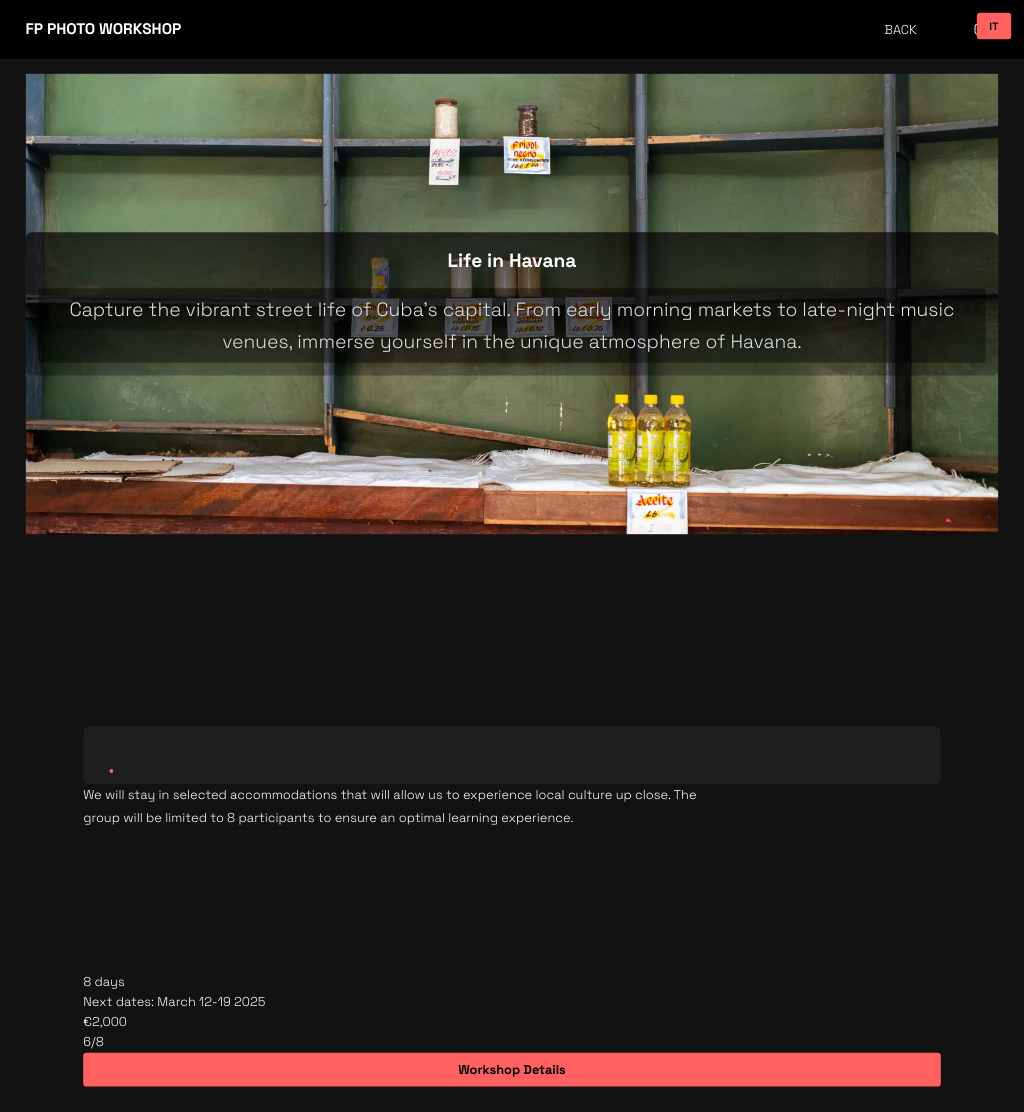
Repository: philipkdpavkia/photo-auto
Page: workshop/cuba.html
The author's editor kept a copy of each file at every save. The page is drawn from the files as they stood at one save, then again after the next save.
The browser window is 1280 px wide. The pictures show the whole page, at 80% of full size.

Above is the page before, as saved 2024-11-22 00:52:30.

### workshop/cuba.html
<!DOCTYPE html>
<html lang="en">
<head>
    <meta charset="UTF-8">
    <title>Cuba Photography Workshop 2024-2025 | Francesco Pavia</title>
    <meta name="description" content="Photography workshop in Cuba with Francesco Pavia. Explore Havana and Trinidad through photography. 2024-2025 dates, small groups, all levels welcome.">
    <link rel="canonical" href="https://francescopavia.org/workshop/cuba" />
    <link rel="stylesheet" href="https://cdnjs.cloudflare.com/ajax/libs/font-awesome/6.0.0/css/all.min.css">
    <link rel="stylesheet" href="/css/style.css">

    <script type="application/ld+json">
    {
      "@context": "https://schema.org",
      "@type": "Event",
      "name": "Cuba Photography Workshop - Havana City Life",
      "description": "Photography workshop in Cuba with Francesco Pavia",
      "startDate": "2025-03-12",
      "endDate": "2025-03-19",
      "organizer": {
        "@type": "Person",
        "name": "Francesco Pavia"
      },
      "eventStatus": "https://schema.org/ScheduledEvent",
      "eventAttendanceMode": "https://schema.org/OfflineEventAttendanceMode",
      "location": {
        "@type": "Place",
        "name": "Havana, Cuba"
      },
      "offers": {
        "@type": "Offer",
        "price": "2000",
        "priceCurrency": "EUR"
      }
    }
    </script>
</head>
<body>
    <header class="header">
        <nav class="nav">
            <a class="logo" href="/workshop/index.html">FP PHOTO WORKSHOP</a>
            <button id="langSwitch" class="lang-switch" onclick="switchLanguage()">IT</button>
            <div class="nav-links">
                <a href="../index.html" data-translate="workshops_page.back">Back</a>
                <a href="https://instagram.com/fpphotoworkshop" target="_blank" class="instagram-link">
                    <i class="fab fa-instagram"></i>
                </a>
            </div>
        </nav>
    </header>

    <main>
        <section class="hero">
            <div class="workshop-link">
                <img alt="Havana Life" src="../images/cuba/cub.webp" class="workshop-hero"/>
                <div class="workshop-text">
                    <h1 data-translate="workshops_page.cards.cuba.title"></h1>
                    <p data-translate="workshops_page.cards.cuba.description"></p>
                </div>
            </div>
        </section>

        <section class="about">
            <div class="workshop-content">
                <h2 class="section-title" data-translate="workshops_page.learn_title"></h2>

                <div class="philosophy">
                    <ul>
                        <li data-translate="workshops_page.techniques.1"></li>
                        <li data-translate="workshops_page.techniques.2"></li>
                        <li data-translate="workshops_page.techniques.3"></li>
                        <li data-translate="workshops_page.techniques.4"></li>
                    </ul>
                </div>

                <p data-translate="workshops_page.accommodation"></p>
            </div>
        </section>

        <section class="contact">
            <div class="workshop-sidebar">
                <div class="info-block">
                    <div class="info-label" data-translate="workshops_page.details.duration_label"></div>
                    <div class="info-value" data-translate="workshops_page.cards.cuba.duration"></div>
                </div>
                <div class="info-block">
                    <div class="info-label" data-translate="workshops_page.details.dates_label"></div>
                    <div class="info-value" data-translate="workshops_page.cards.cuba.dates"></div>
                </div>
                <div class="info-block">
                    <div class="info-label" data-translate="workshops_page.details.level_label"></div>
                    <div class="info-value" data-translate="workshops_page.details.level_value"></div>
                </div>
                <div class="info-block">
                    <div class="info-label" data-translate="workshops_page.details.price_label"></div>
                    <div class="info-value">€2,000</div>
                </div>
                <div class="info-block">
                    <div class="info-label" data-translate="workshops_page.details.spots_label"></div>
                    <div class="info-value">6/8</div>
                </div>
                <a href="iscrizione.html?workshop=cuba" class="workshop-button" data-translate="workshops_page.cards.cuba.button"></a>
            </div>
        </section>
    </main>

    <script src="/translations.json" type="application/json"></script>
    <script src="/language.js"></script>
</body>
</html>

### css/style.css
@font-face {
    font-family: 'Space Grotesk';
    src: url('/fonts/SpaceGrotesk-Light.woff2') format('woff2');
    font-weight: 300;
    font-display: swap;
}

@font-face {
    font-family: 'Space Grotesk';
    src: url('/fonts/SpaceGrotesk-Bold.woff2') format('woff2');
    font-weight: 700;
    font-display: swap;
}

:root {
    --primary: #FFFFFF;
    --background: #121212;
    --accent: #FF6161;
    --secondary: #E0E0E0;
    --highlight: #FFD700;
    --transition: all 0.4s ease;
    --overlay-bg: rgba(0, 0, 0, 0.4);
    --hover-bg: rgba(0, 0, 0, 0.6);
}

/* Reset CSS */
* {
    margin: 0;
    padding: 0;
    box-sizing: border-box;
}

/* Imposta dimensioni dei font in unità relative */
html {
    font-size: 16px; /* 1rem = 16px */
    scroll-behavior: smooth;
}

body {
    background: var(--background);
    color: var(--primary);
    font-family: 'Space Grotesk', sans-serif;
    line-height: 1.6;
    overflow-x: hidden;
    font-size: 1rem; /* 1rem = 16px */
}

/* Header e navigazione */
.header {
    position: fixed;
    top: 0;
    left: 0;
    right: 0;
    padding: 1rem 2rem;
    background: rgba(0, 0, 0, 0.95);
    backdrop-filter: blur(10px);
    -webkit-backdrop-filter: blur(10px);
    z-index: 1000;
    border-bottom: 1px solid rgba(255, 255, 255, 0.1);
}

.nav {
    display: flex;
    justify-content: space-between;
    align-items: center;
    max-width: 1400px;
    margin: 0 auto;
}
.menu-item {
    cursor: pointer;
    text-decoration: none;
    color: var(--primary);
    transition: var(--transition);
}

.menu-item:hover {
    color: var(--accent);
}

.logo {
    font-weight: 700;
    font-size: 1.2rem;
    color: var(--primary);
    text-decoration: none;
    transition: var(--transition);
}

.logo:hover {
    color: var(--accent);
}

.nav-links {
    display: flex;
    gap: 2.5rem;
}

.nav-links a {
    color: var(--primary);
    text-decoration: none;
    font-size: 1rem;
    text-transform: uppercase;
    transition: var(--transition);
    padding: 0.5rem 1rem;
    border-radius: 4px;
}

.nav-links a:hover {
    color: var(--accent);
    background: rgba(255, 51, 102, 0.1);
    transform: scale(1.05);
    transition: transform 0.3s ease-in-out;
}
/* Hamburger Menu */
.hamburger {
    display: none;
    cursor: pointer;
    padding: 0.5rem;
    background: none;
    border: none;
    z-index: 1002;
}

.hamburger span {
    display: block;
    width: 25px;
    height: 2px;
    background-color: var(--primary);
    margin: 5px 0;
    transition: var(--transition);
}

/* Modifica la media query mobile esistente */
@media screen and (max-width: 720px) {
    .hamburger {
        display: block;
    }

    .nav-links {
        position: fixed;
        top: 0;
        right: -100%;
        height: 100vh;
        width: 100%;
        background: rgba(0, 0, 0, 0.95);
        backdrop-filter: blur(10px);
        -webkit-backdrop-filter: blur(10px);
        flex-direction: column;
        justify-content: center;
        align-items: center;
        gap: 2rem;
        transition: var(--transition);
        z-index: 1001;
    }

    .nav-links.active {
        right: 0;
    }

    .hamburger.active span:nth-child(1) {
        transform: rotate(45deg) translate(5px, 5px);
    }

    .hamburger.active span:nth-child(2) {
        opacity: 0;
    }

    .hamburger.active span:nth-child(3) {
        transform: rotate(-45deg) translate(7px, -6px);
    }

    body.menu-open {
        overflow: hidden;
    }
}

.instagram-link {
    color: var(--primary);
    font-size: 1.5rem;
    transition: var(--transition);
}

.instagram-link:hover {
    color: var(--accent);
    transform: scale(1.1);
}

/* Language Switcher */
.lang-switch {
    position: fixed;
    top: 1rem;
    right: 1rem;
    background: var(--accent);
    color: var(--primary);
    border: none;
    padding: 0.5rem 1rem;
    border-radius: 4px;
    cursor: pointer;
    font-family: 'Space Grotesk', sans-serif;
    font-weight: 700;
    z-index: 1001;
    transition: var(--transition);
    color:#000000;
}

.lang-switch:hover {
    transform: translateY(-2px);
    box-shadow: 0 2px 8px rgba(255, 51, 102, 0.4);
    background: #ff1f57;
}

/* Hero Section */
.hero {
    margin-top: 60px;
    display: flex;
    flex-direction: column;
    gap: 2rem;
    padding: 2rem;
}

.workshop-link {
    display: block;
    position: relative;
    width: 100%;
    height: 80vh;
    overflow: hidden;
    transition: var(--transition);
}

.workshop-link:hover img {
    transform: scale(1.05);
}

.workshop-link img {
    width: 100%;
    height: 100%;
    object-fit: cover;
    transition: transform 0.6s ease-in-out;
}

.workshop-text {
    position: absolute;
    top: 50%;
    left: 50%;
    transform: translate(-50%, -50%);
    text-align: center;
    z-index: 2;
    width: 100%;
    padding: 1rem;
    display: flex;
    flex-direction: column;
    gap: 1rem;
    align-items: center;
    background: linear-gradient(180deg, rgba(0, 0, 0, 0.7), rgba(0, 0, 0, 0.3));
    border-radius: 8px;
}

.workshop-text h2 {
    font-size: 4rem;
    color: var(--primary);
    font-weight: 700;
    background: var(--overlay-bg);
    text-shadow: 2px 2px 4px rgba(0, 0, 0, 0.5);
    padding: 0.5rem;
    border-radius: 4px;
    width: fit-content;
    transition: var(--transition);
}

.workshop-link:hover .workshop-text h2 {
    background: var(--hover-bg);
    transform: translateY(-5px);
}

.workshop-text p {
    font-size: 1.5rem;
    color: var(--secondary);
    text-shadow: 1px 1px 3px rgba(0, 0, 0, 0.5);
    background: var(--overlay-bg);
    padding: 0.5rem;
    border-radius: 4px;
    width: fit-content;
    transition: var(--transition);
}

.workshop-link:hover .workshop-text p {
    background: var(--hover-bg);
    transform: translateY(5px);
}

/* Section Titles */
.section-separator {
    padding-top: 8rem; /* Spazio per l'ancoraggio sotto l'header fisso */
    margin-top: 2rem;
}

.separator {
    display: flex;
    align-items: center;
    justify-content: center;
    gap: 2rem;
    margin-bottom: 4rem;
}

.separator .line {
    height: 1px;
    width: 100px;
    background: var(--accent);
    opacity: 0.5;
}

.separator .section-title {
    margin: 0;
    padding: 0;
    white-space: nowrap;
}
#gallery {
    padding-top: 8rem;
}

/* Offset per l'ancoraggio smooth */
html {
    scroll-padding-top: 100px; /* Aggiusta questo valore in base all'altezza del tuo header */
}

/* Gallery */
.gallery {
    display: grid;
    grid-template-columns: repeat(auto-fit, minmax(300px, 1fr));
    gap: 2rem;
    padding: 0 1rem;
}

.gallery-item {
    aspect-ratio: 4/3;
    overflow: hidden;
    border-radius: 4px;
    transition: var(--transition);
}

.gallery-item:hover {
    transform: translateY(-5px);
    box-shadow: 0 5px 15px rgba(0, 0, 0, 0.3);
}

.gallery-item img {
    width: 100%;
    height: 100%;
    object-fit: cover;
    transition: transform 0.6s ease-in-out;
}

.gallery-item:hover img {
    transform: scale(1.1);
}

/* About Section */
.about {
    padding: 8rem 4rem 2rem;
    max-width: 1200px;
    margin: 0 auto;
}

.about h2 {
    font-size: 2rem;
    font-weight: normal;
    margin-bottom: 2rem;
    text-transform: uppercase;
    color: var(--accent);
}

.about p {
    font-size: 1rem;
    max-width: 800px;
    margin-bottom: 1rem;
    line-height: 1.8;
}

/* Philosophy Section */
.philosophy {
    margin-top: 3rem;
    padding: 2rem;
    background: rgba(255, 255, 255, 0.05);
    border-radius: 8px;
}

.philosophy h3 {
    font-size: 1.5rem;
    font-weight: normal;
    margin-bottom: 1rem;
    text-transform: uppercase;
    color: var(--accent);
}

.philosophy ul {
    list-style: none;
}

.philosophy li {
    font-size: 1rem;
    margin-bottom: 0.5rem;
    padding-left: 1.5rem;
    position: relative;
}

.philosophy li::before {
    content: "•";
    color: var(--accent);
    position: absolute;
    left: 0;
    font-size: 1.2em;
}

/* Contact Section */
.contact {
    padding: 8rem 4rem 2rem;
    max-width: 1200px;
    margin: 0 auto;
}

.contact h2 {
    font-size: 2rem;
    font-weight: normal;
    margin-bottom: 2rem;
    text-transform: uppercase;
    color: var(--accent);
}

.contact-section {
    margin-bottom: 2rem;
    padding: 2rem;
    background: rgba(255, 255, 255, 0.05);
    border-radius: 8px;
    transition: var(--transition);
}

.contact-section:hover {
    background: rgba(255, 255, 255, 0.08);
    transform: translateY(-2px);
}

.contact-section h3 {
    font-size: 1.5rem;
    font-weight: normal;
    margin-bottom: 1rem;
    text-transform: uppercase;
}

.contact-section p {
    margin-bottom: 0.5rem;
}

.contact-section a {
    color: var(--accent);
    text-decoration: none;
    transition: var(--transition);
    display: inline-block;
}

.contact-section a:hover {
    text-decoration: none;
    transform: scale(1.05);
    transition: transform 0.3s ease-in-out;
}
/* Workshop Button */
.workshop-button {
    display: inline-block;
    width: 100%;
    padding: 0.5rem 1rem;
    background: var(--accent);
    color: var(--primary);
    border: none;
    border-radius: 4px;
    cursor: pointer;
    font-family: 'Space Grotesk', sans-serif;
    font-weight: 700;
    text-align: center;
    text-decoration: none;
    transition: var(--transition);
    color: #000000;
}

.workshop-button:hover {
    transform: translateY(-2px);
    box-shadow: 0 2px 8px rgba(255, 51, 102, 0.4);
    background: #ff1f57;
}

/* Media Queries */
/* Breakpoint per tablet e schermi medi (tra 721px e 1024px) */
@media screen and (min-width: 721px) and (max-width: 1024px) {
    .nav-links {
        gap: 1.5rem; /* Ridotto lo spazio tra i link */
    }

    .instagram-link {
        margin-right: 4rem; /* Spazio a destra per il language switcher */
    }

    .lang-switch {
        right: 1rem;
        top: 1rem;
    }

    .nav {
        padding-right: 5rem; /* Spazio extra a destra per evitare sovrapposizioni */
    }
}
/* Media Queries */
@media screen and (min-width: 721px) and (max-width: 1024px) {
    .nav-links {
        gap: 1.5rem;
    }

    .instagram-link {
        margin-right: 4rem;
    }

    .nav {
        padding-right: 5rem;
    }

}

@media screen and (max-width: 720px) {
    /* Layout di navigazione */
    .nav {
        display: flex;
        align-items: center;
        justify-content: space-between;
        padding: 0.5rem 1rem;
    }

    .logo {
        font-size: 0.9rem;
        z-index: 1002;
    }

    /* Hamburger Menu */
    .hamburger {
        display: flex;
        flex-direction: column;
        gap: 6px;
        background: none;
        border: none;
        padding: 0.5rem;
        cursor: pointer;
        margin-left: auto;
        margin-right: 3rem;
        z-index: 1002;
    }

    .hamburger span {
        display: block;
        width: 24px;
        height: 2px;
        background: var(--primary);
        transition: var(--transition);
    }

    .hamburger.active span:first-child {
        transform: translateY(8px) rotate(45deg);
    }

    .hamburger.active span:nth-child(2) {
        opacity: 0;
    }

    .hamburger.active span:last-child {
        transform: translateY(-8px) rotate(-45deg);
    }

    /* Menu Mobile */
    .nav-links {
        position: fixed;
        top: 0;
        right: -100%;
        height: 100vh;
        width: 100%;
        background: rgba(0, 0, 0, 0.95);
        backdrop-filter: blur(10px);
        -webkit-backdrop-filter: blur(10px);
        display: flex;
        flex-direction: column;
        justify-content: center;
        align-items: center;
        gap: 2rem;
        transition: var(--transition);
        z-index: 1001;
    }

    .nav-links.active {
        right: 0;
    }

    .nav-links a {
        font-size: 1.2rem;
        padding: 1rem 2rem;
    }

    /* Language Switcher Mobile */
    .lang-switch {
        position: fixed;
        top: 1rem;
        right: 1rem;
        padding: 0.4rem 0.8rem;
        font-size: 0.9rem;
        z-index: 1002;
    }

    /* Contenuto principale Mobile */
    .section-title {
        font-size: 2.5rem;
    }

    .gallery {
        grid-template-columns: 1fr;
    }

    .workshop-link {
        height: 50vh;
    }

    .workshop-text h2 {
        font-size: 2rem;
    }

    .workshop-text p {
        font-size: 1rem;
    }

    .about h2,
    .contact h2 {
        font-size: 1.5rem;
    }

    .about p {
        font-size: 0.9rem;
    }

    .philosophy h3,
    .contact-section h3 {
        font-size: 1.2rem;
    }

    .about,
    .contact {
        padding: 2rem 1rem;
    }

    .philosophy,
    .contact-section {
        padding: 1rem;
    }

    body.menu-open {
        overflow: hidden;
    }
    .page-intro {
        margin-top: 60px;
        padding: 2rem 1rem;
    }

    .page-intro h1 {
        font-size: 2rem;
        margin-bottom: 1rem;
    }

    .page-intro p {
        font-size: 0.9rem;
    }
}

/* Extra Small Devices */
@media screen and (max-width: 360px) {
    .logo {
        font-size: 0.8rem;
    }

    .nav-links {
        gap: 1rem;
    }

    .nav-links a {
        font-size: 0.7rem;
        padding: 0.2rem 0.4rem;
    }
}
    /* Registration Page Styles */
    .registration-page {
        background: var(--background);
        min-height: 100vh;
    }

    .registration-page .form-container {
        max-width: 800px;
        margin: 0 auto;
        padding: 120px 2rem 4rem;
    }

    .registration-page .workshop-header {
        margin-bottom: 4rem;
        padding: 2rem;
        background: rgba(255, 255, 255, 0.05);
        border-radius: 8px;
        backdrop-filter: blur(10px);
    }

    .registration-page .workshop-title {
        font-size: 2.5rem;
        color: var(--accent);
        margin-bottom: 1rem;
        font-weight: 300;
    }

    .registration-page .workshop-details {
        color: var(--primary);
        font-size: 1.1rem;
        opacity: 0.8;
    }

    .registration-page .registration-form {
        display: grid;
        gap: 2rem;
    }

    .registration-page .form-group {
        display: flex;
        flex-direction: column;
        gap: 0.5rem;
    }

    .registration-page label {
        font-size: 0.9rem;
        text-transform: uppercase;
        color: var(--accent);
        font-weight: 700;
    }

    .registration-page input,
    .registration-page textarea,
    .registration-page select {
        padding: 1rem;
        background: rgba(255, 255, 255, 0.05);
        border: 1px solid rgba(255, 255, 255, 0.1);
        border-radius: 4px;
        color: var(--primary);
        font-family: 'Space Grotesk', sans-serif;
        font-size: 1rem;
        transition: var(--transition);
    }

    .registration-page input:focus,
    .registration-page textarea:focus,
    .registration-page select:focus {
        outline: none;
        border-color: var(--accent);
        background: rgba(255, 255, 255, 0.08);
    }

    .registration-page textarea {
        min-height: 150px;
        resize: vertical;
    }

    .registration-page .submit-button {
        justify-self: start;
        padding: 1rem 2rem;
        background: var(--accent);
        color: #000;
        border: none;
        border-radius: 4px;
        font-size: 1rem;
        font-weight: 700;
        cursor: pointer;
        transition: var(--transition);
    }

    .registration-page .submit-button:hover {
        transform: translateY(-2px);
        box-shadow: 0 2px 8px rgba(255, 51, 102, 0.4);
        background: #ff1f57;
    }

    @media (max-width: 768px) {
        .registration-page .form-container {
            padding: 100px 1rem 2rem;
        }

        .registration-page .workshop-title {
            font-size: 2rem;
        }

        .registration-page .workshop-details {
            font-size: 1rem;
        }
    }
    /* Select and Options Styles */
    .registration-page select option {
        background-color: #1a1a1a;
        color: var(--primary);
        padding: 1rem;
    }

    .registration-page select {
        -webkit-appearance: none;
        -moz-appearance: none;
        appearance: none;
        background-image: url("data:[embedded picture, 251 characters]");
        background-repeat: no-repeat;
        background-position: right 1rem center;
        background-size: 1em;
    }

    .registration-page select option:checked,
    .registration-page select option:hover {
        background-color: #4169E1;
    }

    .registration-page select option[value=""] {
        color: rgba(255, 255, 255, 0.5);
    }

    /* Scrollbar Styles for Select */
    .registration-page select::-webkit-scrollbar {
        width: 8px;
    }

    .registration-page select::-webkit-scrollbar-track {
        background: #1a1a1a;
    }

    .registration-page select::-webkit-scrollbar-thumb {
        background: var(--accent);
        border-radius: 4px;
    }

    /* FAQ Section Base */
.faq-section {

    margin-top: 80px;
    padding: 2rem;
    background: var(--background);
    color: var(--primary);
    width: 100%;
}

/* FAQ Title */
.section-title {
    font-size: 2.5rem;
    margin-bottom: 3rem;
    padding-top: 2rem;
}

/* FAQ Items Container */
.faq-container {
    max-width: 900px;
    margin: 0 auto;
    padding: 0 1rem;
}

/* FAQ Items */
.faq-item {
    margin-bottom: 3rem;
    padding: 0 1rem;
}

.faq-item .title {
    font-size: 1.5rem;
    font-weight: 700;
    margin-bottom: 1rem;
    color: var(--accent);
    line-height: 1.3;
}

.faq-item .content {
    font-size: 1.1rem;
    line-height: 1.6;
    color: var(--secondary);
}

/* Responsive adjustments */
@media (max-width: 768px) {
    .section-title {
        font-size: 2rem;
        padding-top: 1rem;
        margin-bottom: 2rem;
    }

    .faq-item .title {
        font-size: 1.3rem;
    }

    .faq-item .content {
        font-size: 1rem;
    }

    .faq-section {
        padding: 1rem;
    }

    .faq-container {
        padding: 0 0.5rem;
    }

    main {
        padding-top: 60px;
    }
}

/* Extra small devices */
@media (max-width: 480px) {
    .section-title {
        font-size: 1.8rem;
    }

    .faq-item {
        padding: 0 0.5rem;
        margin-bottom: 2rem;
    }
}

Loaded but not shown: translations.json (204 lines, source omitted); language.js (165 lines, source omitted)

After the next save:
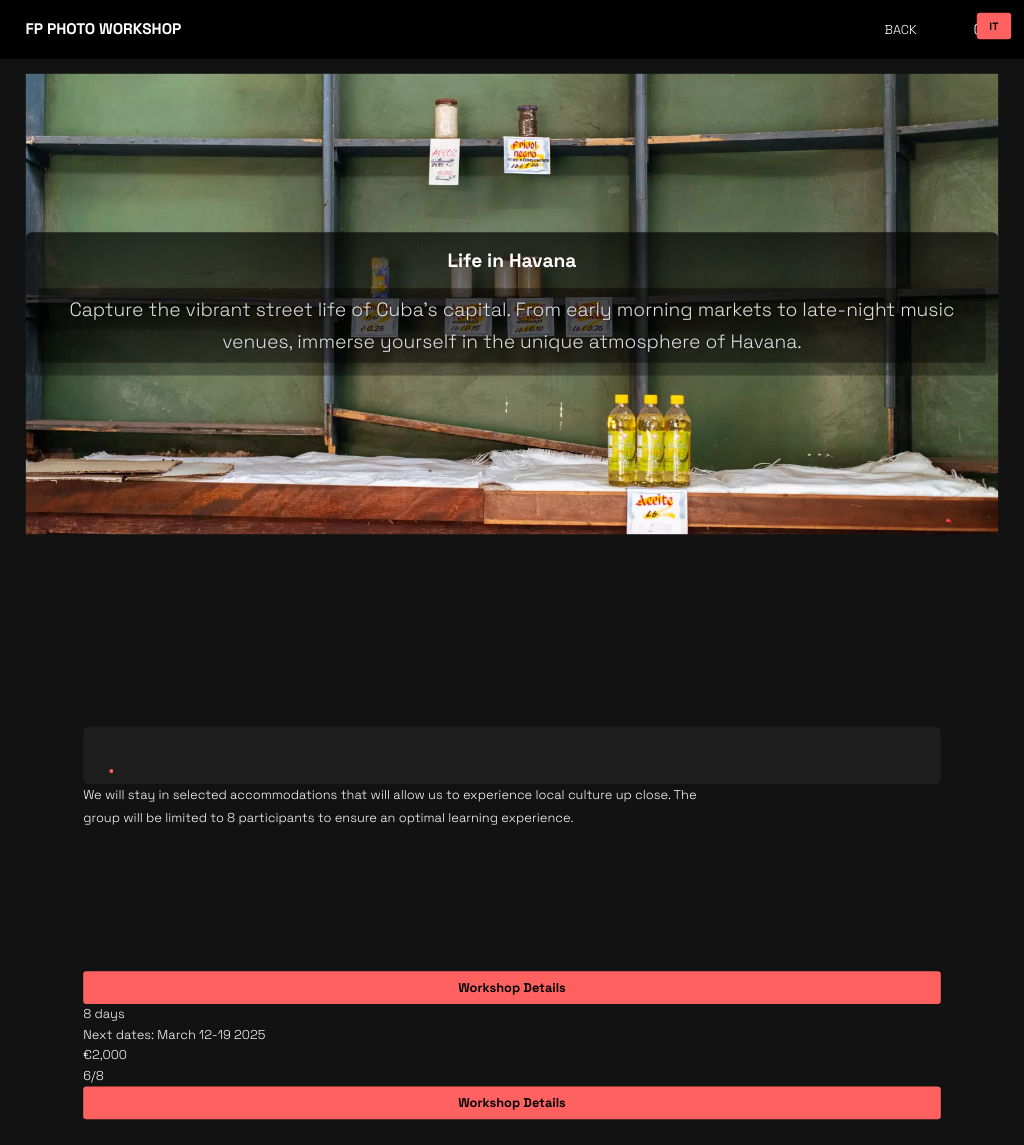
Saved 2 min 39 s later.
--- a/workshop/cuba.html
+++ b/workshop/cuba.html
@@ -78,6 +78,7 @@
 
         <section class="contact">
             <div class="workshop-sidebar">
+                <a href="iscrizione.html?workshop=cuba" class="workshop-button" data-translate="workshops_page.cards.cuba.button"></a>
                 <div class="info-block">
                     <div class="info-label" data-translate="workshops_page.details.duration_label"></div>
                     <div class="info-value" data-translate="workshops_page.cards.cuba.duration"></div>
